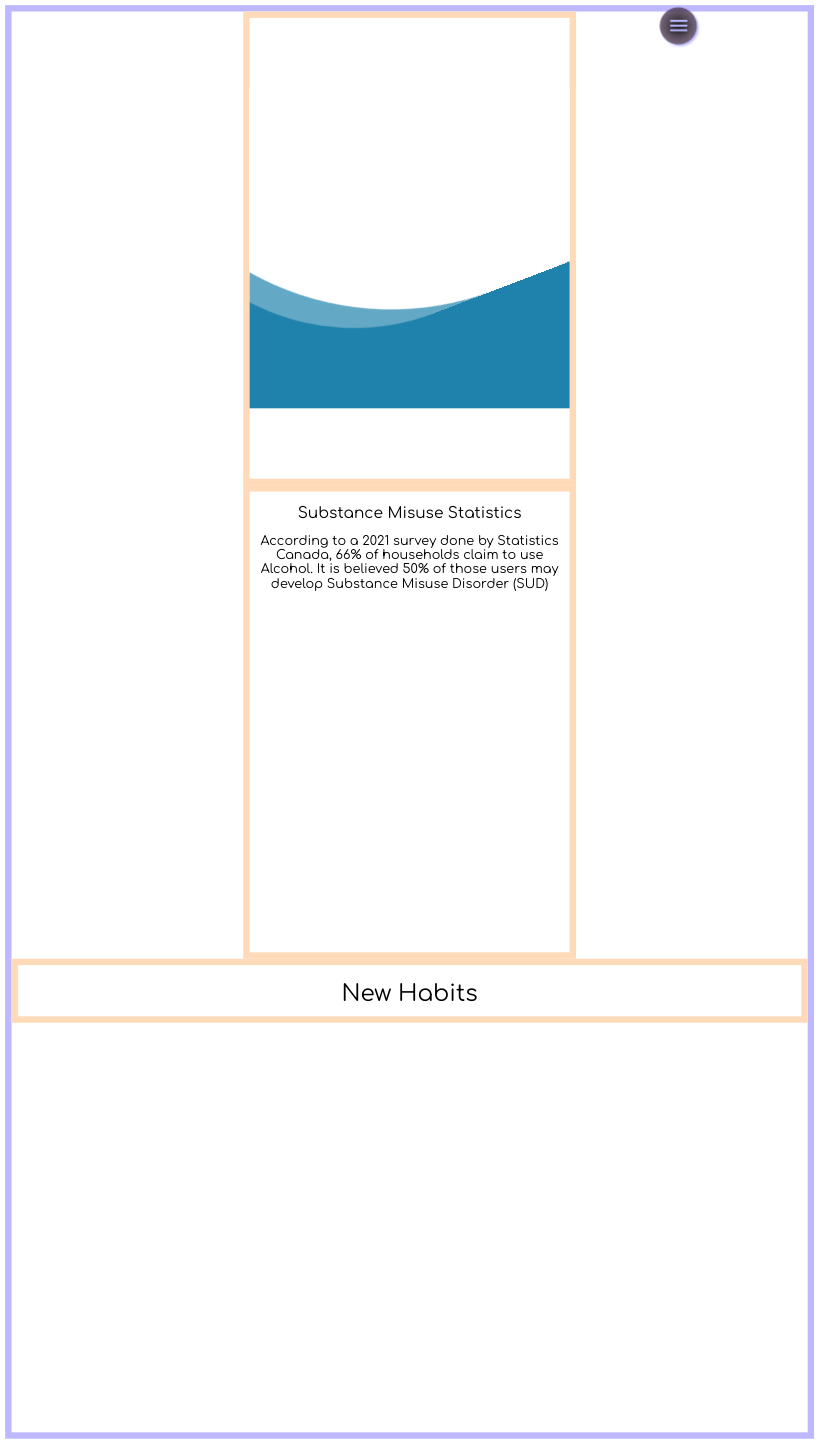
Repository: olivia-sk/MDIA-2109-2106-Big-Project
Page: /
The author's editor kept a copy of each file at every save. The page is drawn from the files as they stood at one save, then again after the next save.
The browser window is 1280 px wide. The pictures show the whole page, at 64% of full size.
The project was rebuilt for these pictures with package versions that can differ from the ones it lists, and the page was loaded fresh each time. The framework's server and built-in components were replaced by stand-ins that run in the browser. Also part of the build but not shown: next.config.js, styles/globals.css, components/PieChart/PieChart.module.css, components/PieChart/index.js, components/Button/Button.module.css, components/Button/index.js.

Above is the page before, as saved 2023-04-15 13:57:35.

### pages/index.js
import Head from "next/head";
import Image from "next/image";
import styles from "@/styles/Home.module.css";
import Pie from "@/components/PieChart";
import Link from "next/link";
import Navigation from "@/components/Menu";
import Button from "@/components/Button";
import WaterWave from "@/components/WaterWave";

export default function Home() {
  return (
    <>
      <Head>
        <title>New Habits Web App</title>
        <meta
          name="description"
          content="To identify and help those who suffer from Substance Misuse"
        />
        <meta name="viewport" content="width=device-width, initial-scale=1" />
        <link rel="icon" href="/favicon.ico" />
      </Head>
      <main className={styles.parent}>
          <div class={styles.div3}>
          <h1 className={styles.title}>New Habits</h1>
          </div>
          <Navigation/>
          <div className={styles.div1}>
            <h2>Substance Misuse Statistics</h2>
            <p>According to a 2021 survey done by Statistics Canada, 66% of households claim to use Alcohol. It is believed 50% of those users may develop Substance Misuse Disorder (SUD)</p>
          </div>
          <div class={styles.div2}>
            <WaterWave className={styles.wave} />
          </div>
      </main>
    </>
  );
}

### styles/Home.module.css

.parent {
  display: grid;
  grid-template-columns: repeat(3, 1fr);
  grid-template-rows: repeat(3, 1fr);
  grid-column-gap: 0px;
  grid-row-gap: 0px;
  border: solid 10px rgb(190, 185, 255);
}

.div3 {
  grid-area: 3 / 1 / 4 / 4;
  height: 5rem;
  border: solid 10px rgba(255, 218, 185, 1);
}
.title {

  color: black;
  font-family: 'Comfortaa';
  font-style: normal;
  font-weight: 400;
  font-size: 36px;
  line-height: 40px;
  text-align: center;
}
.div1 {
  grid-area: 2 / 2 / 3 / 3;
  border: solid 10px rgba(255, 218, 185, 1);
}
.div1 h2 {
  font-family: 'Comfortaa';
  font-style: normal;
  font-weight: 500;
  font-size: 24px;
  line-height: 27px;
  text-align: center;
  color: black;

}
.div1 p {
  font-family: 'Comfortaa';
  font-style: normal;
  font-weight: 400;
  font-size: 20px;
  line-height: 22px;
  text-align: center;
  color: black;
}
.div2 {
  grid-area: 1 / 2 / 2 / 3;
  border: solid 10px rgba(255, 218, 185, 1);
}

### components/Menu/index.js
import React, { useRef } from 'react'
import styles from './Menu.module.css'
import Image from 'next/image'
import Link from 'next/link'

export default function Navigation() {
  const hamburgerRef = useRef();
  const navigationRef = useRef();

  const handleClickOutside = (event) => {
    const isClickInside =
      navigationRef.current.contains(event.target) ||
      hamburgerRef.current.contains(event.target);
    if (!isClickInside) {
      navigationRef.current.classList.remove(styles.active);
      hamburgerRef.current.classList.remove(styles.hidden);
    }
  };

  const handleHamburgerClick = () => {
    navigationRef.current.classList.add(styles.active);
    hamburgerRef.current.classList.add(styles.hidden);
  };

  React.useEffect(() => {
    document.addEventListener("click", handleClickOutside);

    return () => {
      document.removeEventListener("click", handleClickOutside);
    };
  }, []);

  return (
    <>
      <div className={styles.navigation} ref={navigationRef}>
        <button
          className={`${styles.hamburger} ${styles.bar}`}
          onClick={handleHamburgerClick}
          ref={hamburgerRef}
        >
          <Image src="/Menu/burger.png" width={65} height={65} alt='burger menu'/>
        </button>
        <nav>
          <h1 className={styles.menutitle}>Menu</h1>
          <ul>
            <li>
              <Link href="./pages/index.js">Home</Link>
            </li>
            <li>
              <Link href="./pages/5-GetStarted/index.js">Quiz</Link>
            </li>
            <li>
              <Link href="./pages/11-Disclaimer/disclaimer.js">Disclaimer</Link>
            </li>
            <li>
              <Link href="./pages/13-Resources/index.js">Resources</Link>
            </li>
          </ul>
        </nav>
      </div>
    </>
  );
}

### components/WaterWave/index.js
import styles from './Wave.module.css'

export default function WaterWave() {
  return (
    <>
        <div className={styles.container}>
            <div className={styles.water_wave}></div>
        </div>
    </>
  )
}

### components/Menu/Menu.module.css
.navigation {
  position: fixed;
  top: 0;
  right: -500px;
  width: 280px;
  height: 100%;
  background-image: url("/Menu/background.png");
  background-size: cover;
  transition: 0.5s;
  border-radius: 27px 0 0 27px;
}

.menutitle {
  font-family: 'Montserrat', sans-serif;
  font-style: normal;
  font-weight: 400;
  font-size: 24px;
  display: flex;
  align-items: left;
  color: rgba(255, 255, 255, 0.50);
  margin: 1.5rem;
}

.navigation ul li {
  display: flex;
  color: rgba(255, 255, 255, 0.5);
  line-height: 20px;
  text-align: left;
  font-weight: 500;
  list-style-type: none;
  font-size: 14px;
  padding: 20px 30px;
  border-bottom: 0px 64px 64px -32px rgba(41, 15, 0, 100);
  transition: all 0.3s ease;
}

.navigation ul li:hover {
  padding: 16px 20px;
  background-image: url("/Menu/hover.png");
  background-size: cover;
  border-radius: 12px;
  cursor: pointer;
}

.hamburger,
.bar {
  position: fixed;
}

.hamburger {
  display: flex;
  top: 6%;
  left: 80%;
  transform: translateY(-50%);
  border: 0;
  background: 0 0;
  margin-right: 10rem;
}

.hamburger.hidden {
  display: none;
}

.navigation.active {
  right: 0;
  z-index: 1;
}

### components/WaterWave/Wave.module.css
.container {
    display: flex;
    align-items: center;
    justify-content: center;
    min-height: 100vh;
}

.water_wave{
    width: 500px;
    height: 500px;
    background:#1f82ac;
    box-shadow: insert 0 0 20px 0 rgba(0,0,0,0.8);
    position: relative;
    overflow: hidden;
}

.water_wave:after,
.water_wave:before {
    content: "";
    position: absolute;
    width: 200%;
    height: 200%;
    top: -50%;
    left: 50%;
    background:#ffffff;
}

.water_wave:after{
    border-radius:45%;
    animation: water_wave 5s linear infinite;
}

.water_wave:before{
    border-radius: 35%;
    background: rgba(255,255,255,0.3);
    animation: water_wave 5s linear infinite;
}
@keyframes water_wave{
    0%{
        transform: translate(-50%,-50%) rotate(0deg);
        top: -30%;
    }
    50%{
        transform: translate(-50%,-50%) rotate(180deg);
        top: -40%;
    }
    100%{
        transform: translate(-50%,-50%) rotate(360deg);
        top: -30%;
    }




}

Loaded but not shown: pages/_app.js (common file); pages/_document.js (common file)

After the next save:
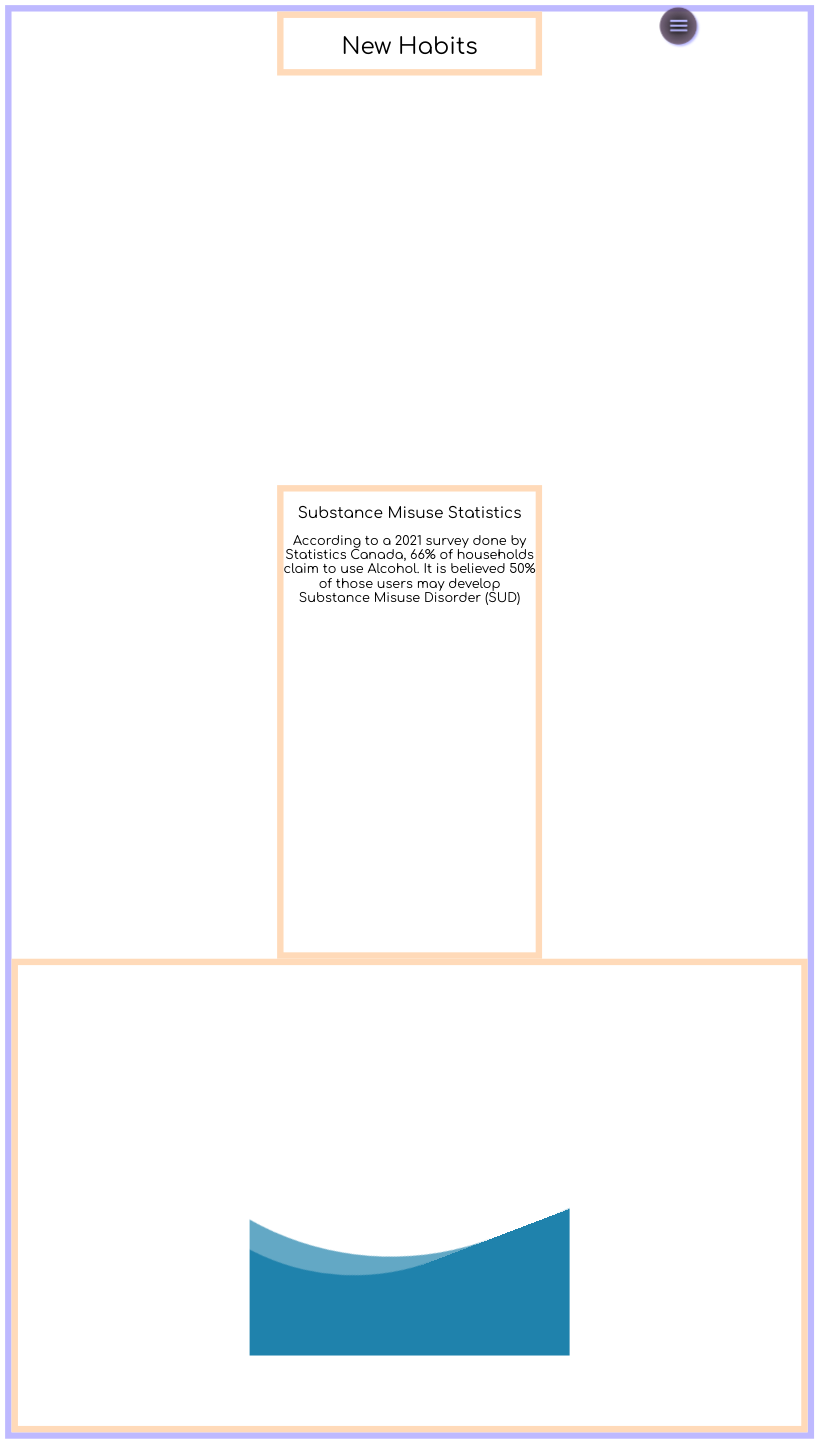
Saved 81 s later.
--- a/styles/Home.module.css
+++ b/styles/Home.module.css
@@ -9,7 +9,7 @@
 }
 
 .div3 {
-  grid-area: 3 / 1 / 4 / 4;
+  grid-area:  1 / 2 / 2 / 3;
   height: 5rem;
   border: solid 10px rgba(255, 218, 185, 1);
 }
@@ -47,6 +47,6 @@
   color: black;
 }
 .div2 {
-  grid-area: 1 / 2 / 2 / 3;
+  grid-area: 3 / 1 / 4 / 4;
   border: solid 10px rgba(255, 218, 185, 1);
 }
